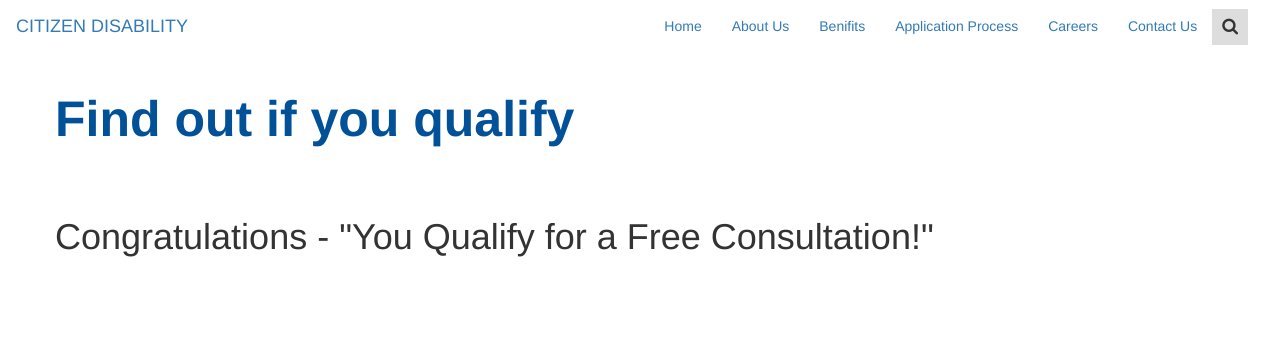
Repository: welcome0605/Embed-html-integrate-with-API
Page: Home2.html
The author's editor kept a copy of each file at every save. The page is drawn from the files as they stood at one save, then again after a run of saves.
The browser window is 1280 px wide. The pictures show the whole page.

Above is the page before, as saved 2019-04-29 15:19:56.

After the next 2 saves:
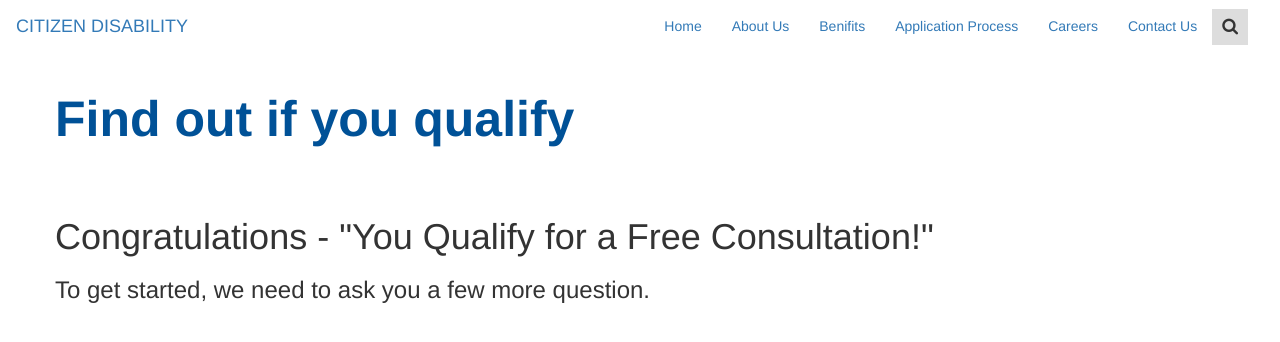
The 2 saves are shown as one change because they came seconds apart.
The last was saved 34 s later.
--- a/Home2.html
+++ b/Home2.html
@@ -44,6 +44,7 @@
 
       <div class="row div_border">
         <div><h1>Congratulations - "You Qualify for a Free Consultation!"</h1></div>
+        <div><h3>To get started, we need to ask you a few more question.</h3></div>
       </div>
 
 
